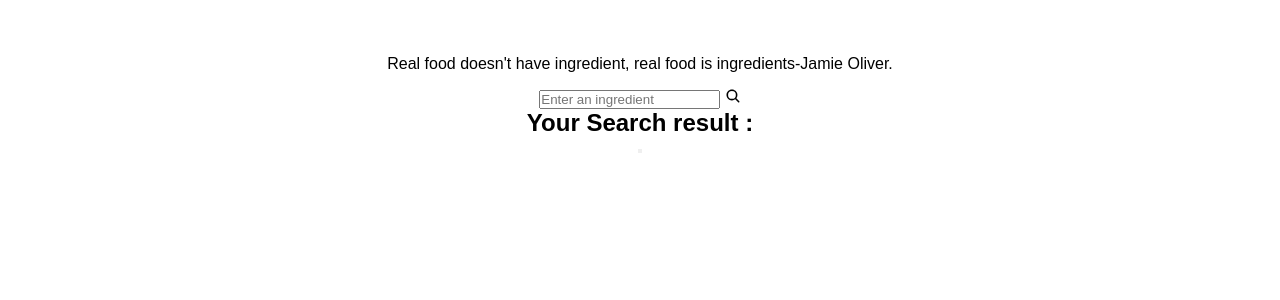
Repository: andrewhuynh561/javascipt
Page: Day 1/index.html
An editor plug-in stored every save of this project. The page is shown before and after the next save, followed by the edit.
The browser window is 1280 px wide. The pictures show the whole page.

Above is the page before, as saved 2023-05-17 21:45:29.

### Day 1/index.html
<!DOCTYPE html>
<html lang="en">
<head>
    <meta charset="UTF-8">
    <meta http-equiv="X-UA-Compatible" content="IE=edge">
    <meta name="viewport" content="width=device-width, initial-scale=1.0">
    <title>Find Meal For Your Ingredient</title>
    <link rel="stylesheet" href="style.css">
    <link rel="preconnect" href="https://fonts.googleapis.com">
    <link rel="preconnect" href="https://fonts.gstatic.com" crossorigin>
    <script type="module" src="https://unpkg.com/ionicons@7.1.0/dist/ionicons/ionicons.esm.js"></script>
    <script nomodule src="https://unpkg.com/ionicons@7.1.0/dist/ionicons/ionicons.js"></script>
    <link href="https://fonts.googleapis.com/css2?family=Rubik:ital,wght@0,300;0,500;0,600;1,300&display=swap" rel="stylesheet">
</head>
<body>
    <div class="container">
        <div class="meal-wrapper">
            <p>Real food doesn't have ingredient, real food is ingredients-Jamie Oliver.</p>
            <div class="search-bar">
                <input type = "text" class = "search-control" placeholder="Enter an ingredient" id = "search-input">
                <ion-icon name="search"></ion-icon>
            </div>
        </div>
        <div class="meal-result">
            <h2 class="title">Your Search result :</h2>
            <div class="meal" id="meal">
                <!-- meal item -->
          <!-- <div class = "meal-item">
            <div class = "meal-img">
              <img src = "food.jpg" alt = "food">
            </div>
            <div class = "meal-name">
              <h3>Potato Chips</h3>
              <a href = "#" class = "recipe-btn">Get Recipe</a>
            </div>
          </div> -->
          <!-- end of meal item -->
            </div>
            <div class="meal-detail" id="meal-detail">
                <button class="btn ">

                </button>

                <div class="meal-content">
                    <!-- <h2 class = "recipe-title">Meals Name Here</h2>
          <p class = "recipe-category">Category Name</p>
          <div class = "recipe-instruct">
            <h3>Instructions:</h3>
            <p>Lorem ipsum, dolor sit amet consectetur adipisicing elit. Quo blanditiis quis accusantium natus! Porro, reiciendis maiores molestiae distinctio veniam ratione ex provident ipsa, soluta suscipit quam eos velit autem iste!</p>
            <p>Lorem ipsum dolor sit amet consectetur adipisicing elit. Amet aliquam voluptatibus ad obcaecati magnam, esse numquam nisi ut adipisci in?</p>
          </div>
          <div class = "recipe-meal-img">
            <img src = "food.jpg" alt = "">
          </div>
          <div class = "recipe-link">
            <a href = "#" target = "_blank">Watch Video</a>
          </div> -->
                </div>
            </div>
        </div>
    </div>

<script src="app.js"></script>
</body>
</html>

### Day 1/style.css
*{
    margin: 0;
    padding: 0;
    box-sizing: border-box;
}
body {
    font-family: "Poppins", sans-serif;
    padding: 20px;
  }
:root{
    --tenne-tawny: #d65108;
    --tenne-tawny-dark: #b54507;
}
.container{
    max-width: 1200px;
    margin: 0 auto;
    text-align: center;
    padding-top: 35px;

}
p{
    padding-bottom: 15px;
}
.text{
    opacity: 0.8;
}

Loaded but not shown: Day 1/app.js (no copy from this time; the picture is the same without it)

After the next save:
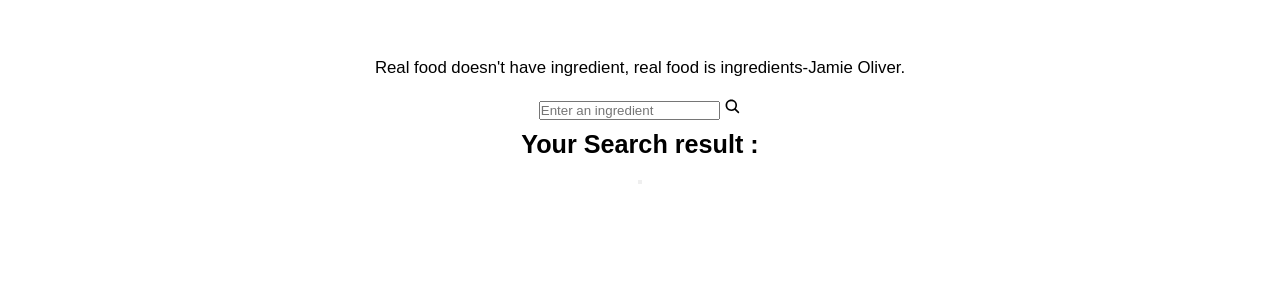
Saved 19 s later.
--- a/Day 1/style.css
+++ b/Day 1/style.css
@@ -6,6 +6,9 @@
 body {
     font-family: "Poppins", sans-serif;
     padding: 20px;
+    font-weight: 300;
+    font-size: 1.05rem;
+    line-height: 1.6;
   }
 :root{
     --tenne-tawny: #d65108;
